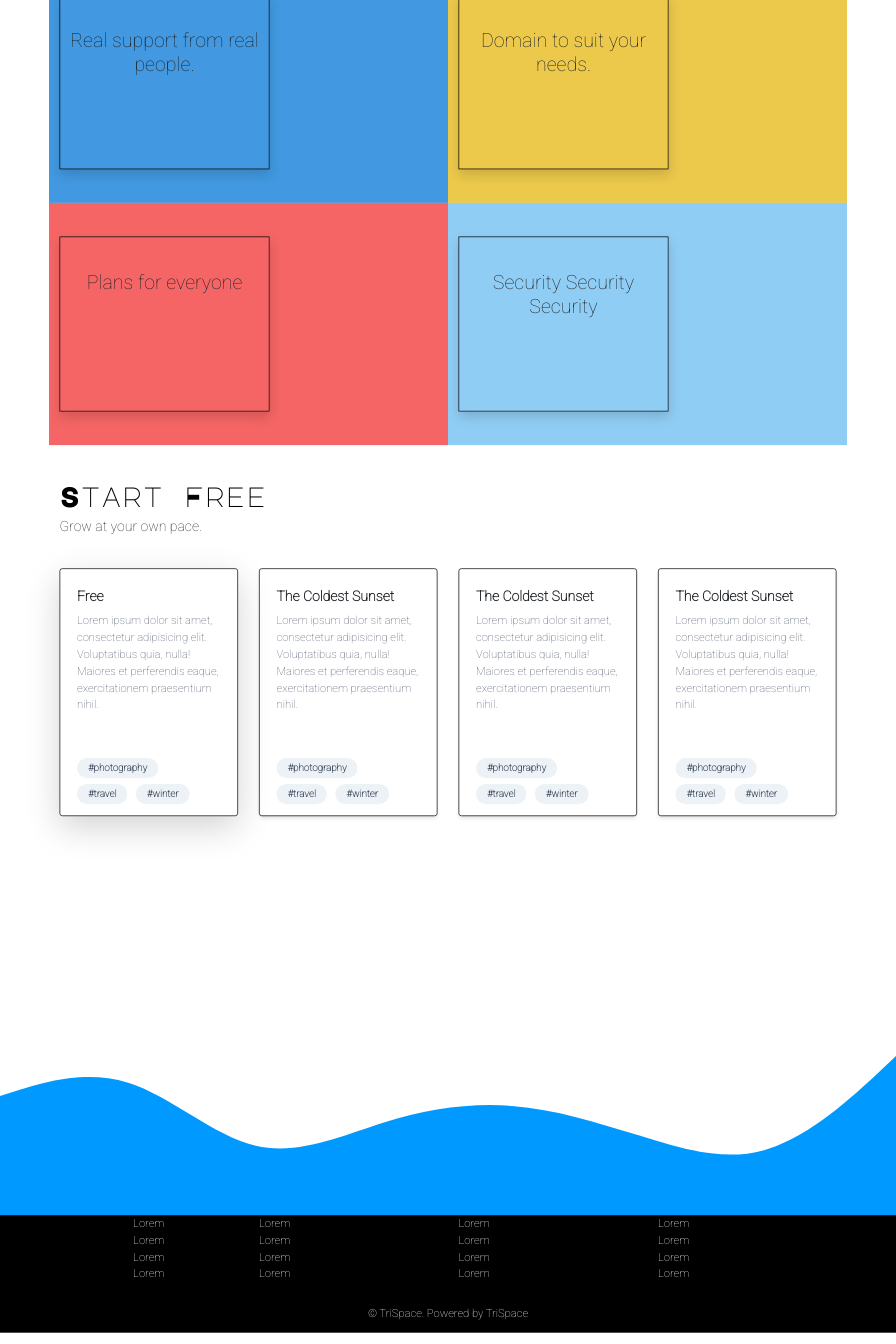
Repository: latenightsnacc/TriSpace
Page: home.html
These files come from the project's save history. The page is drawn as it stood at one moment and after the next save; the edit follows.
The browser window is 1280 px wide. The pictures show the part of the page from y = 3437 to 5357 px (the page is 5357 px tall), at 70% of full size.
The style sheet was rebuilt from its Sass, Less or Tailwind sources for each picture, by a compiler version that may differ from the author's.

Above is the page before, as saved 2020-11-20 10:22:32.

After the next save:
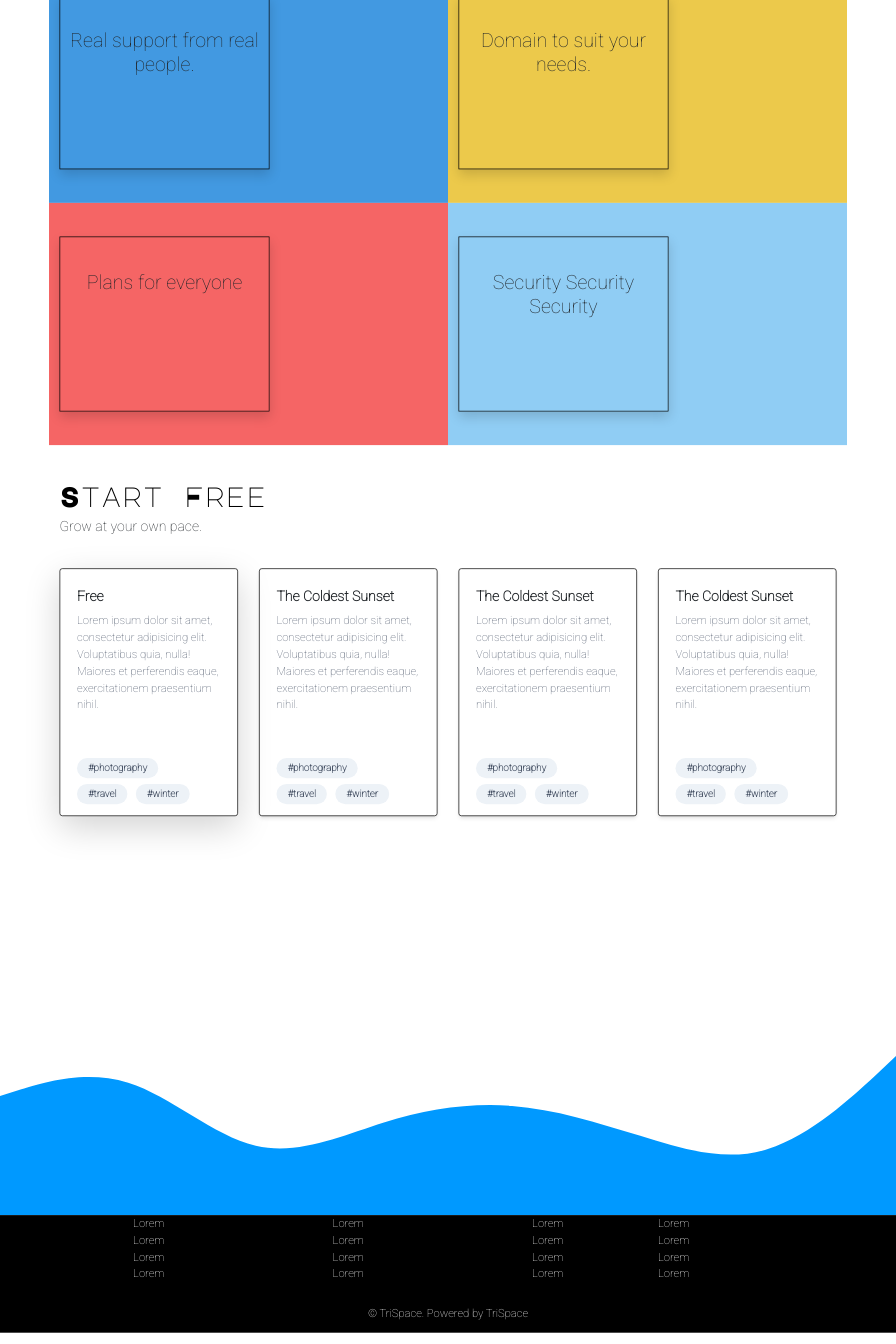
Saved 14 s later.
--- a/home.html
+++ b/home.html
@@ -305,7 +305,7 @@
                         </ul>
                     </div>
                     <div class="col-xs-6 col-sm-6 col-md-3 col-lg-3 col-xl-3">
-                        <ul class="footer-menu">
+                        <ul class="footer-menu text-center">
                             <li>
                                 <a href="#" class="text-white footer-link">Lorem</a>
                             </li>
@@ -321,7 +321,7 @@
                         </ul>
                     </div>
                     <div class="col-xs-6 col-sm-6 col-md-3 col-lg-3 col-xl-3">
-                        <ul class="footer-menu">
+                        <ul class="footer-menu text-center">
                             <li>
                                 <a href="#" class="text-white footer-link">Lorem</a>
                             </li>
